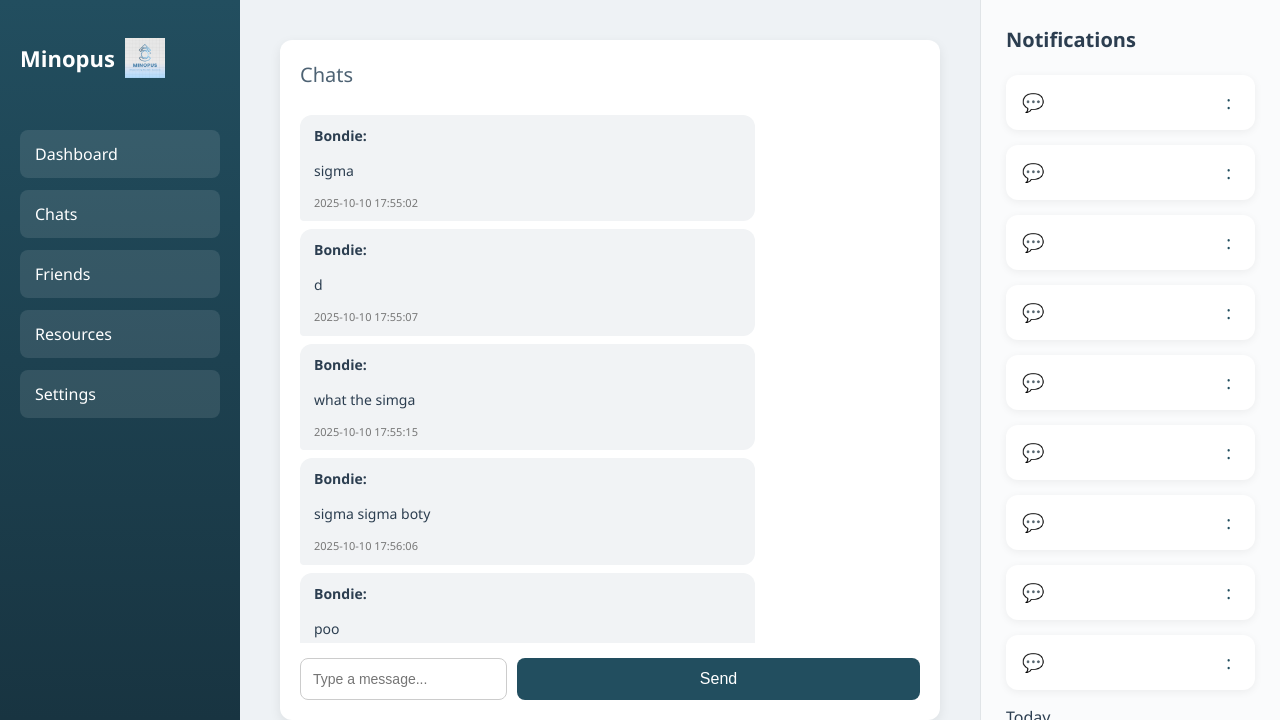
Repository: AUTemmie/Assessment-Task-3
Page: http://localhost/chat
An editor plug-in stored every save of this project. The page is shown before and after the next save, followed by the edit.
The browser window is 1280 px wide. The pictures show the whole page.
An inner scrolling area shows only its first screen. The page is served by the project's application, run on Flask 3 (main.py). The session is filled in as if someone had signed in: {"username": "Test User"}. The page reads the database file committed with the project.

Above is the page before, as saved 2025-10-10 18:19:12.

### templates/chat.html
{% extends 'layout.html' %} {% block content %}
<div class="chat-container">
  <h2>Chats</h2>

  <!-- Messages -->
  <div class="chat-box">
    {% for sender, text, time in messages %}
    <div
      class="message {% if sender == session['username'] %}sent{% else %}received{% endif %}"
    >
      {% if sender != session['username'] %}
      <strong>{{ sender }}:</strong>
      {% endif %}
      <p>{{ text }}</p>
      <span class="time">{{ time }}</span>
    </div>
    {% endfor %}
  </div>

  <!-- Input -->
  <form class="chat-input" method="post" action="{{ url_for('send_message') }}">
    <input
      type="text"
      name="message"
      placeholder="Type a message..."
      required
    />
    <button type="submit">Send</button>
  </form>
</div>
{% endblock %}

### templates/layout.html
<!DOCTYPE html>
<html lang="en">
  <head>
    <meta charset="UTF-8" />
    <meta name="viewport" content="width=device-width, initial-scale=1.0" />
    <meta http-equiv="X-UA-Compatible" content="ie=edge" />

    <!-- ✅ Allow inline scripts -->
    <meta
      http-equiv="Content-Security-Policy"
      content="script-src 'self' 'unsafe-inline';"
    />

    <link
      rel="stylesheet"
      href="{{ url_for('static', filename='css/style.css') }}"
    />
    <link
      rel="icon"
      type="image/x-icon"
      href="{{ url_for('static', filename='images/Favicon.png') }}"
    />
    <title>{% block title %}Minopus{% endblock %}</title>
  </head>
  <body class="theme-red {% if hide_layout %}no-sidebars{% endif %}">
    <div class="dashboard-grid">
      {% if not hide_layout %}
      <!-- Left Sidebar -->
      {% include "partials/sidebar.html" %} {% endif %}

      <!-- Main Content -->
      <main class="main-panel">{% block content %}{% endblock %}</main>

      {% if not hide_layout %}
      <!-- Right Sidebar -->
      {% include "partials/notifications.html" %} {% endif %}
    </div>

    <script src="{{ url_for('static', filename='js/app.js') }}"></script>
  </body>
</html>

### templates/partials/sidebar.html
<aside class="sidebar" aria-label="Main Navigation">
  <h2 class="logo">
    Minopus
    <img
      src="{{ url_for('static', filename='images/Favicon.png') }}"
      alt="Minopus logo"
      width="40"
      height="40"
    />
  </h2>

  <nav class="sidebar-nav">
    <ul>
      <li><a href="/">Dashboard</a></li>
      <li><a href="/chat">Chats</a></li>
      <li><a href="/friends">Friends</a></li>
      <li><a href="/resources">Resources</a></li>
      <li><a href="/settings">Settings</a></li>
    </ul>
  </nav>
</aside>

### templates/partials/notifications.html
<aside class="notifications" aria-label="User Notifications">
  <h2>Notifications</h2>
  <ul class="notification-list">
    <!-- Friends -->
    {% for friend in friends %}
    <li>
      <span class="icon">👤</span>
      <span class="text"
        ><strong>{{ friend.name }}</strong>: {{ friend.description }}</span
      >
      <a href="{{ url_for('friends_page', user_id=friend.id) }}"
        >View Profile</a
      >
    </li>
    {% endfor %}

    <!-- Friend Requests -->
    {% for fr in friend_requests %}
    <li>
      <span class="icon">👤</span>
      <span class="text">{{ fr.from_user }} sent you a friend request</span>
      <a href="{{ url_for('friends_page', user_id=fr.from_user_id) }}"
        >View Profile</a
      >
      <a href="{{ url_for('accept_friend', friend_id=fr.from_user_id) }}"
        >Accept</a
      >
    </li>
    {% endfor %}

    <!-- Messages -->
    {% for msg in messages %}
    <li>
      <span class="icon">💬</span>
      <span class="text">{{ msg.from_user }}: {{ msg.message_text }}</span>
    </li>
    {% endfor %}
  </ul>
  <footer class="timestamp">Today {{ current_time }}</footer>
</aside>

### database_manager.py
import sqlite3 as sql
import os


class DBManager:
    def __init__(self):
        self.dbPath = os.path.join(os.getcwd(), "database", "data_source.db")
        self._create_messages_table()  # ✅ Ensure chat table exists on startup

    def listExtension(self):
        con = sql.connect(self.dbPath)
        cur = con.cursor()
        data = cur.execute("SELECT * FROM extension").fetchall()
        con.close()
        return data

    def get_user_by_first_name(self, first_name):
        con = sql.connect(self.dbPath)
        cur = con.cursor()
        query = "SELECT first_name, password FROM users WHERE first_name=?"
        cur.execute(query, (first_name,))
        row = cur.fetchone()
        con.close()
        if row:
            return {"first_name": row[0], "password": row[1]}
        return None

    # CHAT SYSTEM

    def _create_messages_table(self):
        """Creates a messages table if it doesn't exist."""
        con = sql.connect(self.dbPath)
        cur = con.cursor()
        cur.execute(
            """
            CREATE TABLE IF NOT EXISTS messages (
                id INTEGER PRIMARY KEY AUTOINCREMENT,
                sender TEXT NOT NULL,
                text TEXT NOT NULL,
                time TEXT NOT NULL
            )
            """
        )
        con.commit()
        con.close()

    def add_message(self, sender, text, time):
        """Add a new message to the chat table."""
        con = sql.connect(self.dbPath)
        cur = con.cursor()
        cur.execute(
            "INSERT INTO messages (sender, text, time) VALUES (?, ?, ?)",
            (sender, text, time),
        )
        con.commit()
        con.close()

    def get_messages(self):
        """Fetch all messages."""
        con = sql.connect(self.dbPath)
        cur = con.cursor()
        cur.execute("SELECT sender, text, time FROM messages ORDER BY id ASC")
        rows = cur.fetchall()
        con.close()
        return rows

### main.py
from flask import Flask, render_template, request, redirect, session, url_for
import database_manager as dbHandler
from datetime import datetime

app = Flask(__name__)
app.secret_key = "key"


db = dbHandler.DBManager()


db._create_messages_table()


@app.route("/", methods=["GET"])
@app.route("/index.html", methods=["GET"])
def index():
    if "username" not in session:
        return redirect("/Login")

    user = db.get_user_by_first_name(session["username"])

    if not user:
        return redirect("/Login")

    first_name = user["first_name"]
    last_name = user.get("last_name", "")

    return render_template("index.html", first_name=first_name, last_name=last_name)


@app.route("/chat", methods=["GET"])
def chat():
    if "username" not in session:
        return redirect("/Login")

    messages = db.get_messages()
    return render_template("chat.html", messages=messages)


@app.route("/send_message", methods=["POST"])
def send_message():
    if "username" not in session:
        return redirect("/Login")

    sender = session["username"]
    text = request.form["message"]
    time = datetime.now().strftime("%Y-%m-%d %H:%M:%S")

    db.add_message(sender, text, time)
    return redirect(url_for("chat"))


@app.route("/friends")
def friends_page():
    if "username" not in session:
        return redirect("/Login")

    # Example friends data
    friends = [
        {"id": 1, "name": "Rishit Prasad", "description": "Stinking up the room"},
        {
            "id": 2,
            "name": "Sebastion Kameron",
            "description": "Playing plague inc in class",
        },
        {"id": 3, "name": "David Koh", "description": "Working at mcdonalds"},
        {"id": 4, "name": "Rishits Father", "description": "Gone"},
        {"id": 5, "name": "Nia Kapoor", "description": "Curating a lo-fi playlist"},
    ]

    current_time = datetime.now().strftime("%I:%M %p")

    return render_template(
        "friends.html",
        friends=friends,
        current_time=current_time,
    )


@app.route("/resources")
def resources():
    if "username" not in session:
        return redirect("/Login")
    return render_template("resource.html")


@app.route("/settings")
def settings():
    if "username" not in session:
        return redirect("/Login")
    return render_template("settings.html")


@app.route("/Login", methods=["GET", "POST"])
def login():
    if request.method == "POST":
        username = request.form["username"]
        password = request.form["password"]

        user = db.get_user_by_first_name(username)

        if user:
            if password == user["password"]:
                session["username"] = user["first_name"]
                return redirect("/")
            else:
                error = "Incorrect password"
        else:
            error = "Username not found"

        return render_template("Login.html", error=error, hide_layout=True)

    return render_template("Login.html", hide_layout=True)


@app.route("/logout")
def logout():
    session.pop("username", None)
    return redirect("/Login")


if __name__ == "__main__":
    app.run(debug=True, host="0.0.0.0", port=5000)

### static/css/style.css
/* Reset + Base */
body {
  margin: 0;
  font-family: "Segoe UI", sans-serif;
  background-color: #eef2f5;
  color: #2c3e50;
  line-height: 1.5;
}

/* Grid Layout */
.dashboard-grid {
  display: grid;
  grid-template-columns: 240px 1fr 300px;
  grid-template-rows: 100vh;
  overflow: hidden;
}

/* Sidebar */
.sidebar {
  background: linear-gradient(180deg, #224e5f, #183441);
  color: #fff;
  padding: 20px;
  display: flex;
  flex-direction: column;
}

.sidebar .logo {
  display: flex;
  align-items: center;
  gap: 10px;
  font-size: 22px;
  font-weight: bold;
  margin-bottom: 40px;
}

.sidebar ul {
  list-style: none;
  padding: 0;
  margin: 0;
}

.sidebar li {
  margin: 12px 0;
}

.sidebar a {
  display: block;
  padding: 12px 15px;
  border-radius: 8px;
  text-decoration: none;
  background: rgba(255, 255, 255, 0.1);
  color: #fff;
  font-weight: 500;
  transition: 0.25s ease;
}

.sidebar a:hover {
  background: rgba(255, 255, 255, 0.25);
}

/* Main Panel */
.main-panel {
  display: flex;
  flex-direction: column;
  padding: 40px;
  background-color: #eef2f5;
  height: 100vh;
  box-sizing: border-box;
  overflow: hidden;
}

.main-panel h1 {
  margin: 0 0 20px;
  font-size: 28px;
  font-weight: 600;
}

.main-panel h2 {
  margin-top: 0;
  font-size: 20px;
  font-weight: 500;
  color: #4d6273;
}

/* Welcome Card */
.welcome-card {
  display: flex;
  justify-content: space-between;
  align-items: center;
  background: linear-gradient(135deg, #ffffff, #f9fbfc);
  border-radius: 16px;
  padding: 25px;
  margin-bottom: 20px;
  box-shadow: 0 4px 12px rgba(0, 0, 0, 0.08);
}

.welcome-card h2 {
  margin: 0 0 10px 0;
  font-size: 22px;
  font-weight: 600;
}

.welcome-card p {
  margin: 0;
  font-size: 14px;
  color: #4d6273;
}

.welcome-card img {
  height: 120px;
  border-radius: 12px;
  object-fit: cover;
}

/* Card Grid */
.card-grid {
  display: grid;
  grid-template-columns: repeat(auto-fit, minmax(280px, 1fr));
  gap: 20px;
  flex: 1;
  min-height: 0;
}

/* Cards */
.card {
  background: #ffffff;
  border-radius: 16px;
  padding: 20px;
  box-shadow: 0 4px 12px rgba(0, 0, 0, 0.08);
  display: flex;
  flex-direction: column;
  height: 100%;
  box-sizing: border-box;
}

.card h3 {
  margin-bottom: 15px;
  font-size: 18px;
  font-weight: 600;
  color: #2c3e50;
}

.card ul {
  list-style: none;
  padding: 0;
  margin: 0;
  flex: 1;
  overflow-y: auto;
}

.card li {
  margin-bottom: 10px;
  background: #f7f9fa;
  padding: 10px 12px;
  border-radius: 10px;
  font-size: 14px;
  color: #34495e;
  transition: transform 0.15s ease, box-shadow 0.15s ease;
}

.card li:hover {
  transform: translateY(-2px);
  box-shadow: 0 2px 8px rgba(0, 0, 0, 0.1);
}

/* Recent Card Links */
.card ul li a.resource-link {
  display: block;
  background: #3498db;
  color: #fff;
  padding: 10px 14px;
  border-radius: 10px;
  margin-bottom: 10px;
  text-decoration: none;
  transition: background 0.2s ease;
}

.card ul li a.resource-link:hover {
  background: #2980b9;
}

/* Friends Card Search Input */
.friend-search {
  width: 100%;
  padding: 10px 14px;
  margin-bottom: 15px;
  border: 1px solid #ccc;
  border-radius: 12px;
  font-size: 14px;
  box-sizing: border-box;
}

.friend-search:focus {
  outline: none;
  border-color: #224e5f;
  box-shadow: 0 0 5px rgba(34, 78, 95, 0.4);
}

/* Friends List Items */
.friends-list {
  list-style: none;
  padding: 0;
  margin: 0;
  flex: 1;
  overflow-y: auto;
}

.friend {
  display: flex;
  align-items: center;
  justify-content: space-between;
  background: #f7f9fa;
  padding: 12px 16px;
  margin-bottom: 12px;
  border-radius: 12px;
  font-size: 15px;
  color: #2c3e50;
}

.friend:hover {
  transform: translateY(-2px);
  box-shadow: 0 2px 8px rgba(0, 0, 0, 0.1);
}

/* Status Indicators */
.status-icon {
  display: inline-block;
  width: 14px;
  height: 14px;
  border-radius: 50%;
  margin-right: 10px;
  border: 2px solid #fff;
}

.friend.online .status-icon {
  background-color: #43b581;
}

.friend.offline .status-icon {
  background-color: #747f8d;
}

.friend .status {
  font-weight: bold;
}

.friend.online .status {
  color: #2ecc71;
}

.friend.offline .status {
  color: #e74c3c;
}

/* Notifications Panel */
.notifications {
  background: #fafbfc;
  padding: 25px;
  border-left: 1px solid #e0e4e7;
  display: flex;
  flex-direction: column;
  overflow-y: auto;
}

.notifications h2 {
  margin: 0 0 20px;
  font-size: 20px;
  font-weight: 600;
}

.notifications ul {
  list-style: none;
  padding: 0;
  margin: 0;
}

.notifications li {
  margin-bottom: 15px;
  background: #fff;
  padding: 14px 16px;
  border-radius: 12px;
  display: flex;
  align-items: center;
  justify-content: space-between;
  font-size: 14px;
  box-shadow: 0 2px 8px rgba(0, 0, 0, 0.06);
  transition: transform 0.2s ease;
}

.notifications li:hover {
  transform: translateY(-3px);
}

.notifications span {
  margin-right: 8px;
  font-size: 18px;
  color: #224e5f;
}

/* Chat Panel */
.chat-container {
  display: flex;
  flex-direction: column;
  height: 100%;
  background: #fff;
  border-radius: 12px;
  box-shadow: 0 4px 12px rgba(0, 0, 0, 0.08);
  padding: 20px;
}

.chat-box {
  flex: 1;
  overflow-y: auto;
  padding-right: 10px;
  margin-bottom: 15px;
}

.message {
  max-width: 70%;
  margin: 8px 0;
  padding: 10px 14px;
  border-radius: 12px;
  font-size: 14px;
  position: relative;
}

.message.sent {
  background: #224e5f;
  color: #fff;
  margin-left: auto;
  border-bottom-right-radius: 4px;
}

.message.received {
  background: #f1f3f5;
  color: #2c3e50;
  margin-right: auto;
  border-bottom-left-radius: 4px;
}

.message .time {
  display: block;
  font-size: 11px;
  color: #777;
  margin-top: 4px;
}

.chat-input {
  display: flex;
  gap: 10px;
}

.chat-input input {
  flex: 1;
  padding: 12px;
  border-radius: 8px;
  border: 1px solid #ccc;
  font-size: 14px;
}

.chat-input button {
  background: #224e5f;
  color: #fff;
  border: none;
  padding: 12px 18px;
  border-radius: 8px;
  cursor: pointer;
  transition: 0.2s ease;
}

.chat-input button:hover {
  background: #1a3b48;
}

/* Settings Page */
.settings-page {
  padding: 20px;
}

.page-title {
  margin-bottom: 20px;
}

.settings-content {
  background: #ffffff;
  border-radius: 12px;
  padding: 25px;
  box-shadow: 0 2px 6px rgba(0, 0, 0, 0.1);
  max-width: 600px;
}

.settings-content h3 {
  margin-bottom: 20px;
}

.settings-form {
  display: flex;
  flex-direction: column;
  gap: 18px;
}

.settings-form label {
  display: flex;
  flex-direction: column;
  font-size: 14px;
  color: #34495e;
}

.settings-form input {
  padding: 10px;
  margin-top: 6px;
  border: 1px solid #dcdde1;
  border-radius: 8px;
  outline: none;
}

.settings-form input:focus {
  border-color: #3498db;
}

.save-btn {
  padding: 12px;
  border: none;
  border-radius: 8px;
  background: #3498db;
  color: #fff;
  font-weight: bold;
  cursor: pointer;
  transition: background 0.2s;
}

.save-btn:hover {
  background: #2980b9;
}

.logout-link {
  display: inline-block;
  margin-top: 15px;
  color: #fff;
  background-color: #e74c3c;
  padding: 8px 12px;
  text-decoration: none;
  border-radius: 4px;
}

.logout-link:hover {
  background-color: #c0392b;
}

/* Resources Page */
.resources-container {
  display: flex;
  gap: 20px;
  flex-wrap: wrap;
  margin-top: 20px;
}

.resource-card {
  background-color: #f5f7fa;
  padding: 20px;
  border-radius: 12px;
  flex: 1 1 250px;
  box-shadow: 0 4px 6px rgba(0, 0, 0, 0.1);
}

.resource-card h3 {
  margin-top: 0;
  color: #2c3e50;
}

.resource-card p {
  color: #34495e;
  margin-bottom: 15px;
}

.resource-link {
  display: inline-block;
  text-decoration: none;
  background-color: #3498db;
  color: white;
  padding: 8px 12px;
  border-radius: 5px;
}

.resource-link:hover {
  background-color: #2980b9;
}

/* Login Page */

body.no-sidebars .dashboard-grid {
  grid-template-columns: 1fr; /* full width */
}

body.no-sidebars .sidebar,
body.no-sidebars .notifications {
  display: none !important;
}

.login-container {
  max-width: 400px;
  margin: 80px auto;
  background: #fff;
  padding: 30px;
  border-radius: 16px;
  box-shadow: 0 4px 12px rgba(0, 0, 0, 0.08);
  text-align: center;
}

.login-container h2 {
  margin-bottom: 20px;
  font-size: 24px;
  font-weight: 600;
  color: #224e5f;
}

.form-group {
  text-align: left;
  margin-bottom: 15px;
}

.form-group label {
  display: block;
  margin-bottom: 6px;
  font-size: 14px;
  font-weight: 500;
  color: #2c3e50;
}

.form-group input {
  width: 100%;
  padding: 12px;
  border-radius: 8px;
  border: 1px solid #ccc;
  font-size: 14px;
  box-sizing: border-box;
}

button[type="submit"] {
  width: 100%;
  padding: 12px;
  background: #224e5f;
  color: #fff;
  border: none;
  border-radius: 8px;
  font-size: 16px;
  font-weight: 500;
  cursor: pointer;
  transition: 0.25s ease;
}

button[type="submit"]:hover {
  background: #1a3b48;
}

.error {
  color: red;
  font-size: 14px;
  margin-bottom: 15px;
}

.signup-link {
  margin-top: 15px;
  font-size: 14px;
}

.signup-link a {
  color: #224e5f;
  text-decoration: none;
  font-weight: 500;
}

.signup-link a:hover {
  text-decoration: underline;
}

### static/js/app.js
if ("serviceworker" in navigator) {
  window.addEventListener("load", function () {
    navigator.serviceworker
      .register("static/js/serviceworker.js")
      .then((res) => console.log("service worker registered"))
      .catch((err) => console.log("service worker not registered", err));
  });
}

### database/data_source.db (the tables this page reads, as SQL)
CREATE TABLE messages (
                id INTEGER PRIMARY KEY AUTOINCREMENT,
                sender TEXT NOT NULL,
                text TEXT NOT NULL,
                time TEXT NOT NULL
            );
INSERT INTO "messages" VALUES
(1, 'Bondie', 'sigma', '2025-10-10 17:55:02'),
(2, 'Bondie', 'd', '2025-10-10 17:55:07'),
(3, 'Bondie', 'what the simga', '2025-10-10 17:55:15'),
(4, 'Bondie', 'sigma sigma boty', '2025-10-10 17:56:06'),
(5, 'Bondie', 'poo', '2025-10-10 17:56:18'),
(6, 'Bondie', 'jason smells like a fart', '2025-10-14 09:25:52'),
(7, 'Bondie', 'tim smells', '2025-10-14 09:55:50'),
(8, 'Easter', 'tim does smell like a poo', '2025-10-14 09:56:36'),
(9, 'Penelope', 'Mckale likes boys', '2025-10-15 08:49:21');

After the next save:
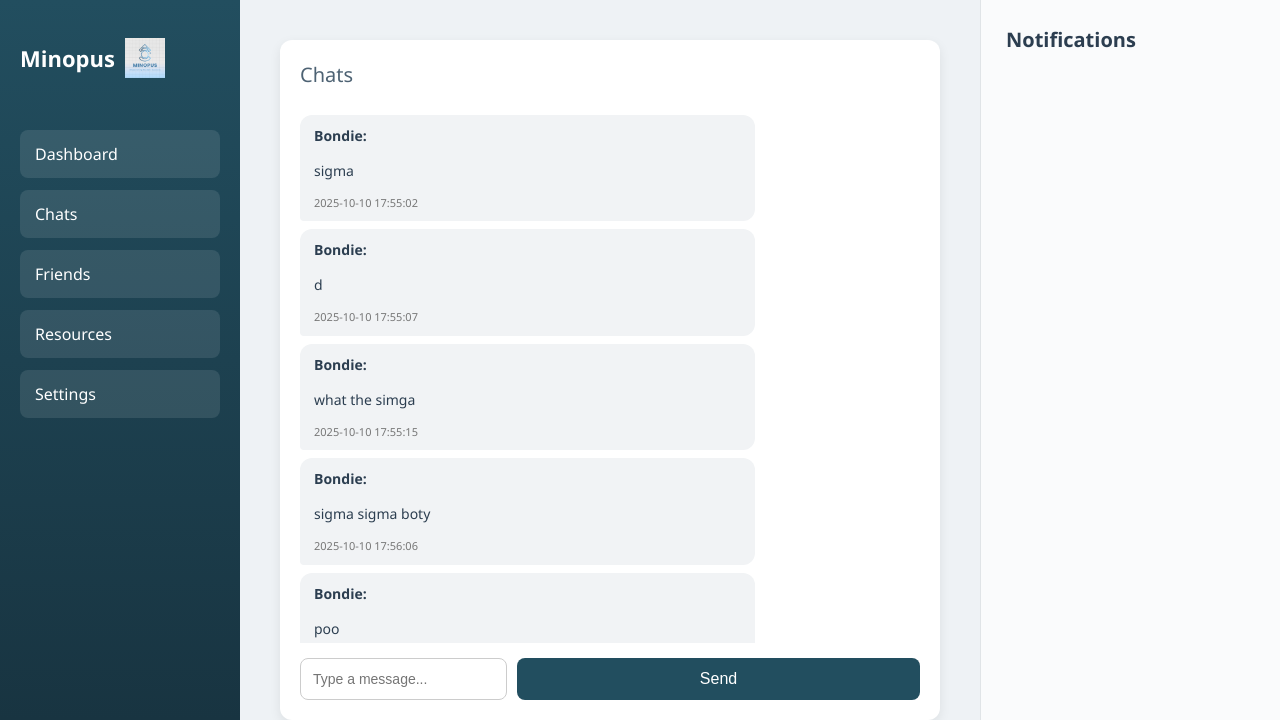
Saved 2 min 15 s later.
--- a/templates/partials/notifications.html
+++ b/templates/partials/notifications.html
@@ -13,28 +13,5 @@
       >
     </li>
     {% endfor %}
-
-    <!-- Friend Requests -->
-    {% for fr in friend_requests %}
-    <li>
-      <span class="icon">👤</span>
-      <span class="text">{{ fr.from_user }} sent you a friend request</span>
-      <a href="{{ url_for('friends_page', user_id=fr.from_user_id) }}"
-        >View Profile</a
-      >
-      <a href="{{ url_for('accept_friend', friend_id=fr.from_user_id) }}"
-        >Accept</a
-      >
-    </li>
-    {% endfor %}
-
-    <!-- Messages -->
-    {% for msg in messages %}
-    <li>
-      <span class="icon">💬</span>
-      <span class="text">{{ msg.from_user }}: {{ msg.message_text }}</span>
-    </li>
-    {% endfor %}
   </ul>
-  <footer class="timestamp">Today {{ current_time }}</footer>
 </aside>
